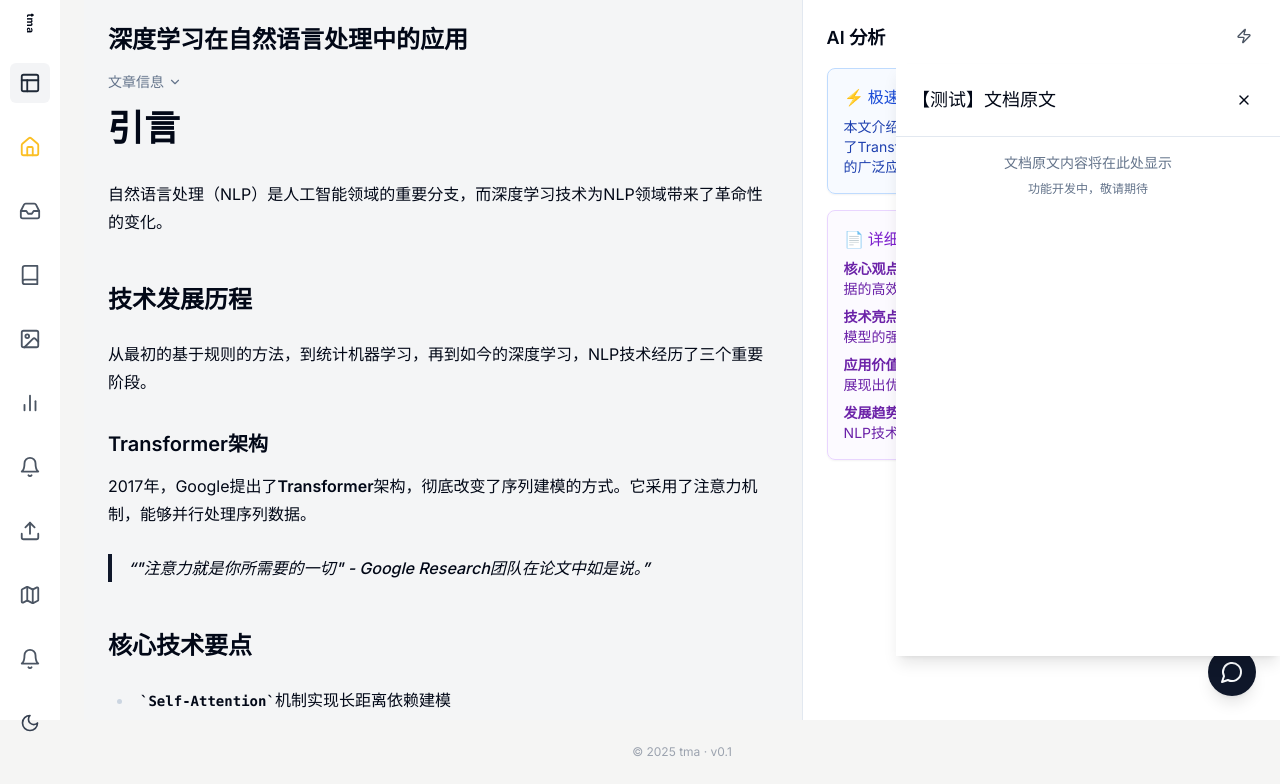
Repository: huzi7555/zsk888
Page: /demo, after clicking the first element matching `button.fixed`
The author's editor kept a copy of each file at every save. The page is drawn from the files as they stood at one save, then again after the next save.
The browser window is 1280 px wide. The pictures show the whole page.
An inner scrolling area shows only its first screen. The project was rebuilt for these pictures with package versions that can differ from the ones it lists, and the page was loaded fresh each time. The framework's server and built-in components were replaced by stand-ins that run in the browser. Also part of the build but not shown: next.config.mjs, app/components/RichEditor.tsx, app/components/SourceSelector.tsx, app/components/TagChip.tsx, app/store.ts, app/utils/aiFake.ts, app/utils/docParsers.ts, components/ui/input.tsx and 2 more.

Above is the page before, as saved 2025-06-11 10:59:19.

### app/layout.tsx
import "@/app/globals.css"
import type { ReactNode } from "react"
import { ThemeProvider } from "@/components/theme-provider"
import type { Metadata } from "next"
import { Inter as FontSans } from "next/font/google"
import { cn } from "@/lib/utils"
import LayoutShell from "@/app/components/LayoutShell"

const fontSans = FontSans({
  subsets: ["latin"],
  variable: "--font-sans",
})

export const metadata: Metadata = {
  title: "Taskmaster AI",
  description: "Your intelligent task management assistant.",
}

export default function RootLayout({ children }: { children: ReactNode }) {
  return (
    <html lang="en" suppressHydrationWarning>
      <head />
      <body
        className={cn(
          "min-h-screen bg-stone-100 font-sans antialiased dark:bg-stone-950",
          fontSans.variable
        )}
      >
        <ThemeProvider attribute="class" defaultTheme="system" enableSystem disableTransitionOnChange>
          <LayoutShell>{children}</LayoutShell>
        </ThemeProvider>
      </body>
    </html>
  )
}

### app/demo/page.tsx
import ArticleAnalysisLayout from "@/components/ArticleAnalysisLayout";

export default function DemoPage() {
  const mockArticle = {
    title: "深度学习在自然语言处理中的应用",
    content: `
      <h1>引言</h1>
      <p>自然语言处理（NLP）是人工智能领域的重要分支，而深度学习技术为NLP领域带来了革命性的变化。</p>

      <h2>技术发展历程</h2>
      <p>从最初的基于规则的方法，到统计机器学习，再到如今的深度学习，NLP技术经历了三个重要阶段。</p>

      <h3>Transformer架构</h3>
      <p>2017年，Google提出了<strong>Transformer</strong>架构，彻底改变了序列建模的方式。它采用了注意力机制，能够并行处理序列数据。</p>

      <blockquote>
        <p>"注意力就是你所需要的一切" - Google Research团队在论文中如是说。</p>
      </blockquote>

      <h2>核心技术要点</h2>
      <ul>
        <li><code>Self-Attention</code>机制实现长距离依赖建模</li>
        <li>多头注意力提升模型表达能力</li>
        <li>位置编码处理序列位置信息</li>
        <li>残差连接和层归一化确保训练稳定性</li>
      </ul>

      <h2>应用场景</h2>
      <p>深度学习在NLP中的应用非常广泛：</p>
      <ol>
        <li>机器翻译系统</li>
        <li>文本摘要生成</li>
        <li>对话系统与聊天机器人</li>
        <li>情感分析与文本分类</li>
      </ol>

      <h2>未来展望</h2>
      <p>随着大型语言模型的不断发展，我们期待看到更多创新的应用场景。从GPT系列到最新的多模态模型，技术发展日新月异。</p>
    `,
    meta: (
      <div className="space-y-2">
        <div><strong>作者:</strong> AI研究团队</div>
        <div><strong>发布时间:</strong> 2024年1月15日</div>
        <div><strong>字数:</strong> 约 1,200 字</div>
        <div><strong>标签:</strong> 深度学习, NLP, Transformer, AI</div>
        <div><strong>来源:</strong> 技术博客</div>
      </div>
    )
  };

  const mockAnalysis = {
    speedy: (
      <div>
        <h4 className="font-medium text-blue-700 mb-2">⚡ 极速摘要</h4>
        <p className="text-sm text-blue-800">
          本文介绍了深度学习在自然语言处理中的革命性应用，重点阐述了Transformer架构的重要性及其在机器翻译、文本摘要等领域的广泛应用前景。
        </p>
      </div>
    ),
    detail: (
      <div>
        <h4 className="font-medium text-purple-700 mb-2">📄 详细分析</h4>
        <div className="text-sm text-purple-800 space-y-2">
          <p><strong>核心观点:</strong> Transformer架构通过自注意力机制实现了对序列数据的高效并行处理。</p>
          <p><strong>技术亮点:</strong> 多头注意力、位置编码、残差连接等关键技术确保了模型的强大表达能力。</p>
          <p><strong>应用价值:</strong> 在机器翻译、对话系统、文本分类等多个NLP任务中展现出优异性能。</p>
          <p><strong>发展趋势:</strong> 从GPT到多模态模型，大型语言模型正在不断推动NLP技术边界。</p>
        </div>
      </div>
    )
  };

  return (
    <div className="h-screen">
      <ArticleAnalysisLayout
        article={mockArticle}
        analysis={mockAnalysis}
      />
    </div>
  );
}

### app/globals.css
@tailwind base;
@tailwind components;
@tailwind utilities;

body {
  font-family: Arial, Helvetica, sans-serif;
}

@layer utilities {
  .text-balance {
    text-wrap: balance;
  }
}

@layer base {
  :root {
    --background: 0 0% 100%;
    --foreground: 222.2 84% 4.9%;
    --card: 0 0% 100%;
    --card-foreground: 222.2 84% 4.9%;
    --popover: 0 0% 100%;
    --popover-foreground: 222.2 84% 4.9%;
    --primary: 222.2 47.4% 11.2%;
    --primary-foreground: 210 40% 98%;
    --secondary: 210 40% 96.1%;
    --secondary-foreground: 222.2 47.4% 11.2%;
    --muted: 210 40% 96.1%;
    --muted-foreground: 215.4 16.3% 46.9%;
    --accent: 210 40% 96.1%;
    --accent-foreground: 222.2 47.4% 11.2%;
    --destructive: 0 84.2% 60.2%;
    --destructive-foreground: 210 40% 98%;
    --border: 214.3 31.8% 91.4%;
    --input: 214.3 31.8% 91.4%;
    --ring: 222.2 84% 4.9%;
    --chart-1: 12 76% 61%;
    --chart-2: 173 58% 39%;
    --chart-3: 197 37% 24%;
    --chart-4: 43 74% 66%;
    --chart-5: 27 87% 67%;
    --radius: 0.5rem;
    --sidebar-background: 0 0% 98%; /* Will be overridden by global background */
    --sidebar-foreground: 240 5.3% 26.1%;
    --sidebar-primary: 240 5.9% 10%;
    --sidebar-primary-foreground: 0 0% 98%;
    --sidebar-accent: 240 4.8% 95.9%;
    --sidebar-accent-foreground: 240 5.9% 10%;
    --sidebar-border: 220 13% 91%;
    --sidebar-ring: 217.2 91.2% 59.8%;
    --page-bg: var(--background); /* Added for static header background */
  }
  .dark {
    --background: 222.2 84% 4.9%;
    --foreground: 210 40% 98%;
    --card: 222.2 84% 4.9%;
    --card-foreground: 210 40% 98%;
    --popover: 222.2 84% 4.9%;
    --popover-foreground: 210 40% 98%;
    --primary: 210 40% 98%;
    --primary-foreground: 222.2 47.4% 11.2%;
    --secondary: 217.2 32.6% 17.5%;
    --secondary-foreground: 210 40% 98%;
    --muted: 217.2 32.6% 17.5%;
    --muted-foreground: 215 20.2% 65.1%;
    --accent: 217.2 32.6% 17.5%;
    --accent-foreground: 210 40% 98%;
    --destructive: 0 62.8% 30.6%;
    --destructive-foreground: 210 40% 98%;
    --border: 217.2 32.6% 17.5%;
    --input: 217.2 32.6% 17.5%;
    --ring: 212.7 26.8% 83.9%;
    --chart-1: 220 70% 50%;
    --chart-2: 160 60% 45%;
    --chart-3: 30 80% 55%;
    --chart-4: 280 65% 60%;
    --chart-5: 340 75% 55%;
    --sidebar-background: 240 5.9% 10%; /* Will be overridden by global background */
    --sidebar-foreground: 240 4.8% 95.9%;
    --sidebar-primary: 224.3 76.3% 48%;
    --sidebar-primary-foreground: 0 0% 100%;
    --sidebar-accent: 240 3.7% 15.9%;
    --sidebar-accent-foreground: 240 4.8% 95.9%;
    --sidebar-border: 240 3.7% 15.9%;
    --sidebar-ring: 217.2 91.2% 59.8%;
    --page-bg-dark: var(--background); /* Added for static header background in dark mode */
  }
}

@layer base {
  * {
    @apply border-border;
  }
  html,
  body {
    /* Changed from body to html, body */
    @apply bg-background text-foreground;
  }
}

/* Markdown styling for prose */
.prose {
  color: var(--foreground);
}

.prose h1,
.prose h2,
.prose h3,
.prose h4,
.prose h5,
.prose h6 {
  color: var(--foreground);
}

.prose p {
  color: var(--foreground);
}

.prose a {
  color: var(--primary);
}

.prose code {
  background-color: var(--muted);
  color: var(--muted-foreground);
}

.prose pre {
  background-color: var(--muted);
  color: var(--muted-foreground);
}

.dark .prose {
  color: var(--foreground); /* In dark mode, foreground is light */
}

.dark .prose h1,
.dark .prose h2,
.dark .prose h3,
.dark .prose h4,
.dark .prose h5,
.dark .prose h6 {
  color: var(--foreground);
}

.dark .prose p {
  color: var(--foreground);
}

.dark .prose a {
  color: var(--primary); /* Primary is light in dark mode */
}

.dark .prose code {
  background-color: var(--muted);
  color: var(--muted-foreground);
}

.dark .prose pre {
  background-color: var(--muted);
  color: var(--muted-foreground);
}

### app/components/LayoutShell.tsx
"use client"
import { useState, type ReactNode } from "react"
import { LayoutPanelLeft } from "lucide-react"
import SideBar from "@/app/components/SideBar"
import { SiteFooter } from "@/app/components/SiteFooter"
import AppHeader from "@/app/components/AppHeader"
export default function LayoutShell({ children }: { children: ReactNode }) {
  const [collapsed, setCollapsed] = useState(false)

  const toggleCollapsed = () => setCollapsed(!collapsed)

  return (
    <>
      {/* SideBar with toggle function passed */}
      <SideBar collapsed={collapsed} toggleCollapsed={toggleCollapsed} />

      {/* AppHeader with quick upload button */}
      <AppHeader />

      {/* Collapsed state toggle button - only visible when sidebar is collapsed */}
      {collapsed && (
        <button
          onClick={toggleCollapsed}
          aria-label="Expand sidebar"
          className="fixed top-4 left-4 z-40 w-10 h-10 rounded-md bg-white shadow-sm transition
                   text-gray-800 hover:text-gray-900
                   flex items-center justify-center"
        >
          <LayoutPanelLeft size={22} />
        </button>
      )}

      {/* Content */}
      <div className={`min-h-screen flex flex-col transition-all duration-300 ${collapsed ? "pl-6" : "pl-[84px]"}`}>
        <main className="flex-1">{children}</main>
        <SiteFooter />
      </div>


    </>
  )
}

### app/components/SiteFooter.tsx
"use client"

export function SiteFooter() {
  return <footer className="w-full py-6 text-center text-xs text-gray-400">© 2025&nbsp;tma&nbsp;·&nbsp;v0.1</footer>
}

### app/components/AppHeader.tsx
"use client"
import QuickUploadTrigger from "@/app/components/QuickUploadTrigger"

export default function AppHeader() {
  return (
    <header className="fixed top-0 right-0 z-40 p-4">
      <QuickUploadTrigger />
    </header>
  )
}

### components/ui/card.tsx
import * as React from "react"

import { cn } from "@/lib/utils"

const Card = React.forwardRef<
  HTMLDivElement,
  React.HTMLAttributes<HTMLDivElement>
>(({ className, ...props }, ref) => (
  <div
    ref={ref}
    className={cn(
      "rounded-lg border bg-card text-card-foreground shadow-sm",
      className
    )}
    {...props}
  />
))
Card.displayName = "Card"

const CardHeader = React.forwardRef<
  HTMLDivElement,
  React.HTMLAttributes<HTMLDivElement>
>(({ className, ...props }, ref) => (
  <div
    ref={ref}
    className={cn("flex flex-col space-y-1.5 p-6", className)}
    {...props}
  />
))
CardHeader.displayName = "CardHeader"

const CardTitle = React.forwardRef<
  HTMLDivElement,
  React.HTMLAttributes<HTMLDivElement>
>(({ className, ...props }, ref) => (
  <div
    ref={ref}
    className={cn(
      "text-2xl font-semibold leading-none tracking-tight",
      className
    )}
    {...props}
  />
))
CardTitle.displayName = "CardTitle"

const CardDescription = React.forwardRef<
  HTMLDivElement,
  React.HTMLAttributes<HTMLDivElement>
>(({ className, ...props }, ref) => (
  <div
    ref={ref}
    className={cn("text-sm text-muted-foreground", className)}
    {...props}
  />
))
CardDescription.displayName = "CardDescription"

const CardContent = React.forwardRef<
  HTMLDivElement,
  React.HTMLAttributes<HTMLDivElement>
>(({ className, ...props }, ref) => (
  <div ref={ref} className={cn("p-6 pt-0", className)} {...props} />
))
CardContent.displayName = "CardContent"

const CardFooter = React.forwardRef<
  HTMLDivElement,
  React.HTMLAttributes<HTMLDivElement>
>(({ className, ...props }, ref) => (
  <div
    ref={ref}
    className={cn("flex items-center p-6 pt-0", className)}
    {...props}
  />
))
CardFooter.displayName = "CardFooter"

export { Card, CardHeader, CardFooter, CardTitle, CardDescription, CardContent }

### components/ui/button.tsx
import * as React from "react"
import { Slot } from "@radix-ui/react-slot"
import { cva, type VariantProps } from "class-variance-authority"

import { cn } from "@/lib/utils"

const buttonVariants = cva(
  "inline-flex items-center justify-center gap-2 whitespace-nowrap rounded-md text-sm font-medium ring-offset-background transition-colors focus-visible:outline-none disabled:pointer-events-none disabled:opacity-50 [&_svg]:pointer-events-none [&_svg]:size-4 [&_svg]:shrink-0",
  {
    variants: {
      variant: {
        default: "bg-primary text-primary-foreground hover:bg-primary/90",
        destructive: "bg-destructive text-destructive-foreground hover:bg-destructive/90",
        outline: "border border-input bg-background hover:bg-accent hover:text-accent-foreground",
        secondary: "bg-secondary text-secondary-foreground hover:bg-secondary/80",
        ghost: "hover:bg-accent hover:text-accent-foreground",
        link: "text-primary underline-offset-4 hover:underline",
      },
      size: {
        default: "h-10 px-4 py-2",
        sm: "h-9 rounded-md px-3",
        lg: "h-11 rounded-md px-8",
        icon: "h-10 w-10",
      },
    },
    defaultVariants: {
      variant: "default",
      size: "default",
    },
  },
)

export interface ButtonProps
  extends React.ButtonHTMLAttributes<HTMLButtonElement>,
    VariantProps<typeof buttonVariants> {
  asChild?: boolean
}

const Button = React.forwardRef<HTMLButtonElement, ButtonProps>(
  ({ className, variant, size, asChild = false, type = "button", ...props }, ref) => {
    const Comp = asChild ? Slot : "button"
    return <Comp className={cn(buttonVariants({ variant, size, className }))} ref={ref} type={type} {...props} />
  },
)
Button.displayName = "Button"

export { Button, buttonVariants }

### components/ChatDrawer.tsx
"use client";

import { AnimatePresence, motion } from "framer-motion";
import { X } from "lucide-react";
import { Button } from "@/components/ui/button";

interface ChatDrawerProps {
  open: boolean;
  onClose: () => void;
}

/**
 * 右侧抽屉
 * ------------------------------------------------------------------
 * ✧ 固定在 viewport 右侧（`right-0`）\
 * ✧ 宽度：移动端占满宽度；≥ 768 px 时固定 384 px（`w-full md:w-96`）\
 * ✧ framer-motion 进入 / 退出动画\
 * ------------------------------------------------------------------
 */
export default function ChatDrawer({ open, onClose }: ChatDrawerProps) {
  return (
    <AnimatePresence>
      {open && (
        <motion.div
          key="chat-drawer"
          initial={{ x: "100%" }}
          animate={{ x: 0 }}
          exit={{ x: "100%" }}
          transition={{ type: "tween", duration: 0.25 }}
          className="fixed top-16 bottom-16 right-0 z-50 w-full md:w-96 shadow-lg bg-background flex flex-col outline-none"
        >
          {/* —— 顶部栏 —— */}
          <div className="flex items-center justify-between p-4 border-b">
            <h2 className="font-medium text-lg">【测试】文档原文</h2>
            <Button
              onClick={onClose}
              variant="ghost"
              size="icon"
              aria-label="关闭"
            >
              <X className="h-5 w-5" />
            </Button>
          </div>

          {/* —— 内容区域 —— */}
          <div className="flex-1 overflow-y-auto p-4">
            <div className="text-center text-muted-foreground">
              <p className="text-sm">文档原文内容将在此处显示</p>
              <p className="text-xs mt-2">功能开发中，敬请期待</p>
            </div>
          </div>
        </motion.div>
      )}
    </AnimatePresence>
  );
}

### components/FoldableMeta.tsx
"use client";

import { useState } from "react";
import { ChevronDown, ChevronUp } from "lucide-react";

export default function FoldableMeta({ children }: { children: React.ReactNode }) {
  const [open, setOpen] = useState(false);

  return (
    <div className="mb-4">
      <button
        onClick={() => setOpen(!open)}
        className="flex items-center gap-1 text-sm text-muted-foreground hover:text-foreground transition-colors"
      >
        文章信息 {open ? <ChevronUp size={14} /> : <ChevronDown size={14} />}
      </button>
      {open && (
        <div className="mt-2 text-sm text-muted-foreground bg-muted/30 rounded-lg p-3 border">
          {children}
        </div>
      )}
    </div>
  );
}

### app/components/QuickUploadTrigger.tsx
"use client"
import * as Dialog from "@radix-ui/react-dialog"
import { useRef } from "react"
import { Zap } from "lucide-react"
import { Button } from "@/components/ui/button"
import UploadFormContent from "@/app/components/UploadFormContent"

export default function QuickUploadTrigger() {
  const formRef = useRef<{ submit: () => void } | null>(null)

  return (
    <Dialog.Root>
      <Dialog.Trigger asChild>
        <Button
          variant="ghost"
          size="icon"
          className="text-gray-600 hover:text-gray-800 transition-colors dark:text-gray-400 dark:hover:text-white"
          title="快速上传"
        >
          <Zap size={20} />
        </Button>
      </Dialog.Trigger>
      <Dialog.Portal>
        <Dialog.Content
          className="fixed right-0 top-0 h-full w-[480px] flex flex-col
                                  bg-white dark:bg-[#333] shadow z-50" // z-50 retained
        >
          <div className="flex-1 overflow-y-auto p-6">
            <UploadFormContent ref={formRef} showFooter={false} />
          </div>

          {/* 统一的确认条（只有这一条） */}
          <div
            className="h-16 shrink-0 flex items-center justify-end gap-4 px-6 border-t
                          bg-white/90 dark:bg-[#222]/90 backdrop-blur"
          >
            <Dialog.Close asChild>
              <Button variant="ghost" className="text-gray-600 hover:text-black dark:text-gray-300">
                取消
              </Button>
            </Dialog.Close>

            {/* 用 Dialog.Close 包裹确认按钮，提交后自动关闭 */}
            <Dialog.Close asChild>
              <Button variant="default" onClick={() => formRef.current?.submit()}>
                确认上传
              </Button>
            </Dialog.Close>
          </div>
        </Dialog.Content>
      </Dialog.Portal>
    </Dialog.Root>
  )
}

### tailwind.config.ts
import type { Config } from "tailwindcss"
import { fontFamily } from "tailwindcss/defaultTheme"

const config = {
  darkMode: ["class"],
  content: [
    './app/**/*.{js,ts,jsx,tsx,mdx}',
    './components/**/*.{js,ts,jsx,tsx,mdx}',
  ],
  prefix: "",
  theme: {
    container: {
      center: true,
      padding: "2rem",
      screens: {
        "2xl": "1400px",
      },
    },
    extend: {
      fontFamily: {
        sans: ["var(--font-sans)", ...fontFamily.sans],
      },
      colors: {
        border: "hsl(var(--border))",
        input: "hsl(var(--input))",
        ring: "hsl(var(--ring))",
        background: "hsl(var(--background))",
        foreground: "hsl(var(--foreground))",
        primary: {
          DEFAULT: "hsl(var(--primary))",
          foreground: "hsl(var(--primary-foreground))",
        },
        secondary: {
          DEFAULT: "hsl(var(--secondary))",
          foreground: "hsl(var(--secondary-foreground))",
        },
        destructive: {
          DEFAULT: "hsl(var(--destructive))",
          foreground: "hsl(var(--destructive-foreground))",
        },
        muted: {
          DEFAULT: "hsl(var(--muted))",
          foreground: "hsl(var(--muted-foreground))",
        },
        accent: {
          DEFAULT: "hsl(var(--accent))",
          foreground: "hsl(var(--accent-foreground))",
        },
        popover: {
          DEFAULT: "hsl(var(--popover))",
          foreground: "hsl(var(--popover-foreground))",
        },
        card: {
          DEFAULT: "hsl(var(--card))",
          foreground: "hsl(var(--card-foreground))",
        },
      },
      borderRadius: {
        lg: "var(--radius)",
        md: "calc(var(--radius) - 2px)",
        sm: "calc(var(--radius) - 4px)",
      },
      keyframes: {
        "accordion-down": {
          from: { height: "0" },
          to: { height: "var(--radix-accordion-content-height)" },
        },
        "accordion-up": {
          from: { height: "var(--radix-accordion-content-height)" },
          to: { height: "0" },
        },
      },
      animation: {
        "accordion-down": "accordion-down 0.2s ease-out",
        "accordion-up": "accordion-up 0.2s ease-out",
      },
      transitionProperty: {
        'width': 'width',
        'width-height': 'width, height',
      },
    },
  },
  plugins: [require("tailwindcss-animate"), require("@tailwindcss/typography")],
} satisfies Config

export default config

Loaded but not shown: components/theme-provider.tsx (common file); lib/utils.ts (common file); components/ArticleAnalysisLayout.tsx (323 lines, source omitted); app/components/SideBar.tsx (137 lines, source omitted)

After the next save:
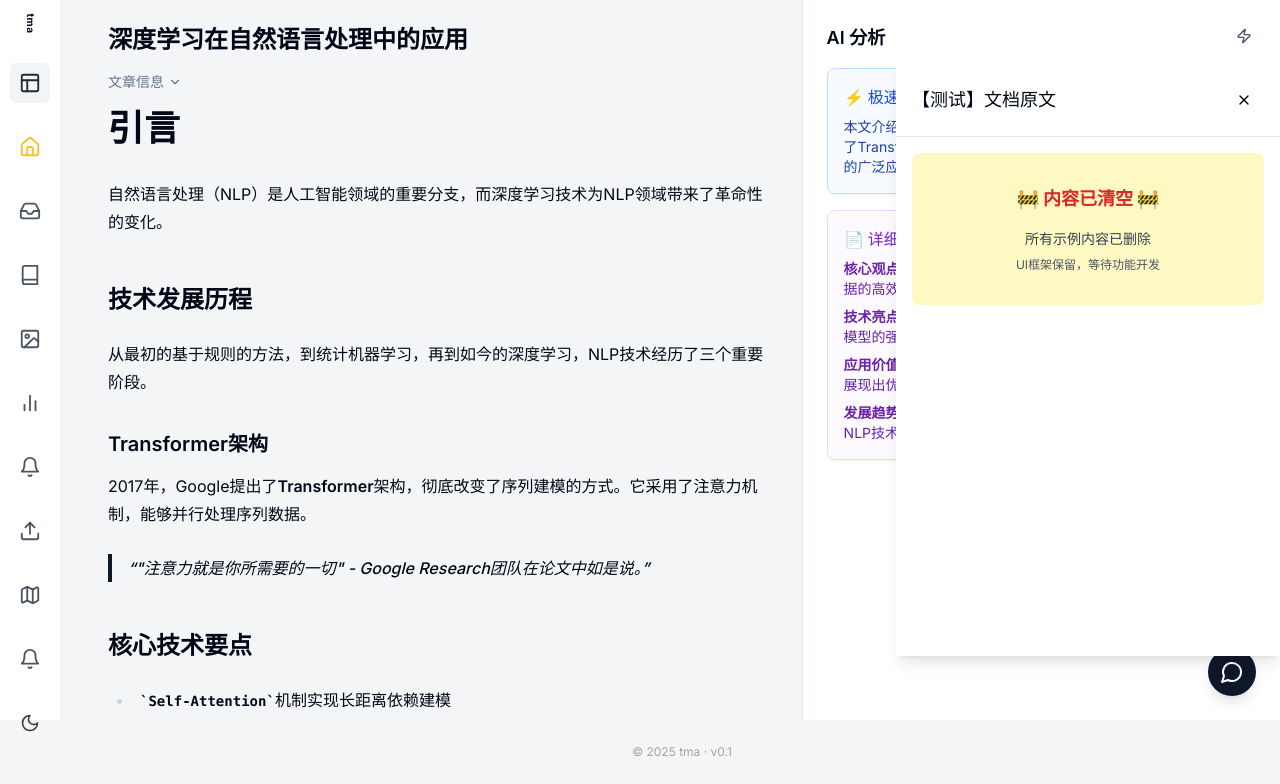
Saved 8 s later.
--- a/components/ChatDrawer.tsx
+++ b/components/ChatDrawer.tsx
@@ -44,9 +44,10 @@ export default function ChatDrawer({ open, onClose }: ChatDrawerProps) {
 
           {/* —— 内容区域 —— */}
           <div className="flex-1 overflow-y-auto p-4">
-            <div className="text-center text-muted-foreground">
-              <p className="text-sm">文档原文内容将在此处显示</p>
-              <p className="text-xs mt-2">功能开发中，敬请期待</p>
+            <div className="text-center text-muted-foreground bg-yellow-100 p-8 rounded-lg">
+              <h3 className="text-lg font-bold text-red-600 mb-4">🚧 内容已清空 🚧</h3>
+              <p className="text-sm text-gray-700">所有示例内容已删除</p>
+              <p className="text-xs mt-2 text-gray-600">UI框架保留，等待功能开发</p>
             </div>
           </div>
         </motion.div>
